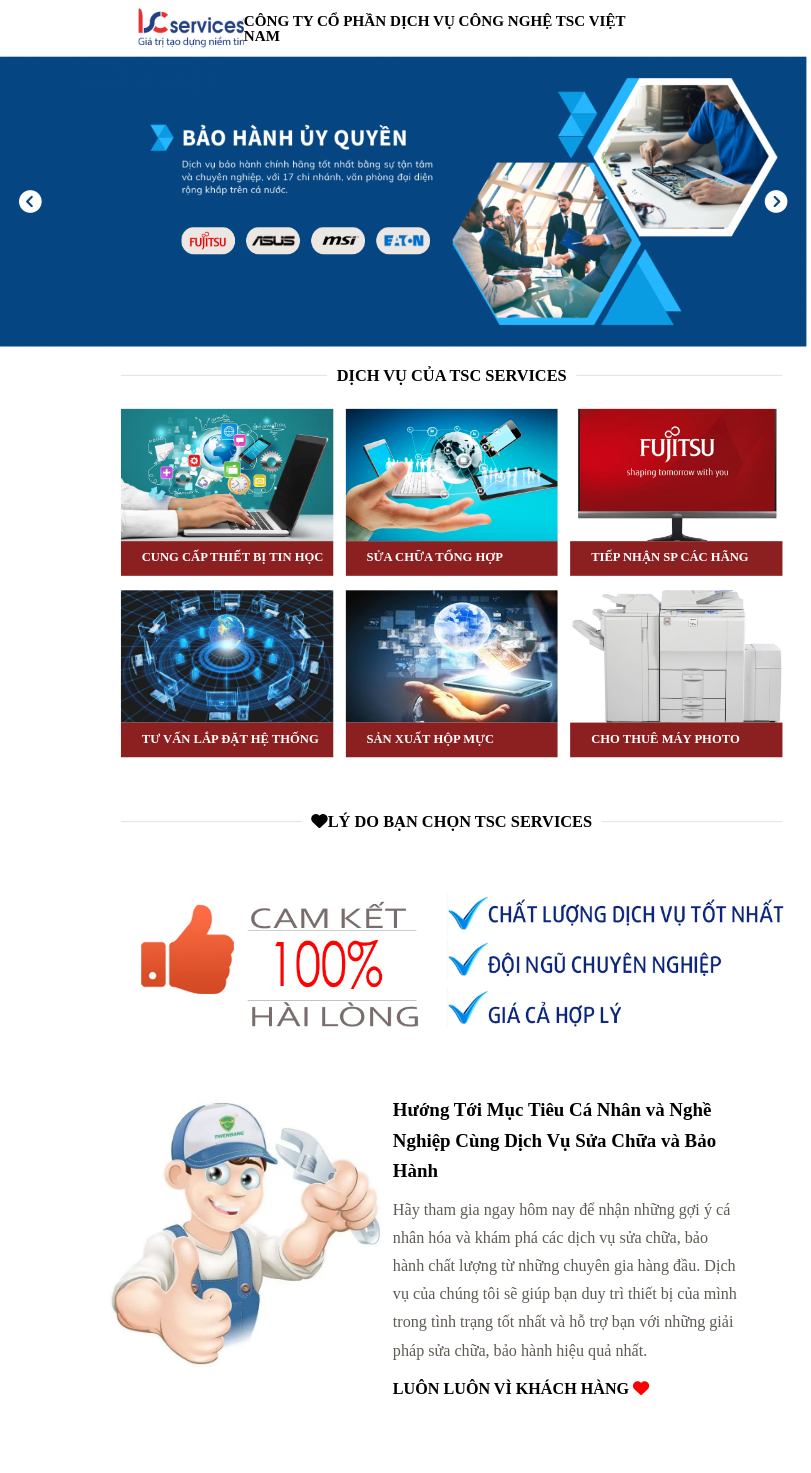
Repository: nguyentrongdai34/tsc-project
Page: index.html
An editor plug-in stored every save of this project. The page is shown before and after the next save, followed by the edit.
The browser window is 1280 px wide. The page is 1288 px wide, so the pictures cover 1288 px, including what lies to the right of the window. The pictures show the whole page, at 63% of full size.
The pointer rests on the first visible `.grid-item img`.

Above is the page before, as saved 2024-12-03 20:04:40.

### index.html
<!DOCTYPE html>
<html lang="en">
  <head>
    <meta charset="UTF-8" />
    <meta name="viewport" content="width=device-width, initial-scale=1.0" />
    <link rel="preconnect" href="https://fonts.googleapis.com" />
    <link rel="preconnect" href="https://fonts.gstatic.com" crossorigin />
    <link
      href="https://fonts.googleapis.com/css2?family=Poppins:wght@300;400;500;600;700&family=Roboto:ital,wght@0,100;0,300;0,400;0,500;0,700;0,900;1,100;1,300;1,400;1,500;1,700;1,900&display=swap"
      rel="stylesheet"
    />
    <link
      rel="stylesheet"
      href="https://cdnjs.cloudflare.com/ajax/libs/font-awesome/6.7.1/css/all.min.css"
      integrity="sha512-5Hs3dF2AEPkpNAR7UiOHba+lRSJNeM2ECkwxUIxC1Q/FLycGTbNapWXB4tP889k5T5Ju8fs4b1P5z/iB4nMfSQ=="
      crossorigin="anonymous"
      referrerpolicy="no-referrer"
    />
    <link rel="stylesheet" href="./reset.css" />
    <link rel="stylesheet" href="./style.css" />
    <title>CÔNG TY CỔ PHẦN DỊCH VỤ CÔNG NGHỆ TSC VIỆT NAM</title>
  </head>
  <body>
    <!-- heaer-main -->
    <div class="header-main">
      <!-- header -->
      <div class="header">
        <!-- logo -->
        <div class="header-logo">
          <img src="./img/Logo-tsc.png" alt="công ty logo" />
        </div>
        <!-- header-slogan -->
        <span class="header-slogan">
          <strong>CÔNG TY CỔ PHẦN DỊCH VỤ CÔNG NGHỆ TSC VIỆT NAM</strong>
        </span>
      </div>
    </div>

    <!-- Hero -->
    <div class="hero">
      <div class="hero-img">
        <img src="./img/tsc1.png" alt="" class="slider-image" />

        <div class="hero-circle">
          <i
            class="circle-left fa-solid fa-circle-chevron-left"
            onclick="prev()"
          ></i>
          <i
            class="circle-right fa-solid fa-circle-chevron-right"
            onclick="next()"
          ></i>
        </div>
      </div>
    </div>

    <!-- Section -->
    <div class="section">
      <div class="section-container">
        <h2 class="section-title">
          <b></b>
          <span class="section-title-main">DỊCH VỤ CỦA TSC SERVICES</span>
          <b></b>
        </h2>
      </div>
      <div class="row">
        <div class="section-gird">
          <div class="grid-item">
            <img src="./img/box-item1.jpg" alt="Image 1" />
            <div class="section-box">
              <span class="box-item-inner">CUNG CẤP THIẾT BỊ TIN HỌC</span>
            </div>
          </div>

          <div class="grid-item">
            <img src="./img/box-item2.jpg" alt="Image 2" />
            <div class="section-box">
              <span class="box-item-inner">SỬA CHỮA TỔNG HỢP</span>
            </div>
          </div>
          <div class="grid-item">
            <img src="./img/box-item3.png" alt="Image 3" />
            <div class="section-box">
              <span class="box-item-inner">TIẾP NHẬN SP CÁC HÃNG </span>
            </div>
          </div>
          <div class="grid-item">
            <img src="./img/box-item4.jpg" alt="Image 4" />
            <div class="section-box">
              <span class="box-item-inner">TƯ VẤN LẮP ĐẶT HỆ THỐNG</span>
            </div>
          </div>
          <div class="grid-item">
            <img src="./img/box-item5.jpg" alt="Image 5" />
            <div class="section-box">
              <span class="box-item-inner">SẢN XUẤT HỘP MỰC</span>
            </div>
          </div>
          <div class="grid-item">
            <img src="./img/box-item6.jpg" alt="Image 6" />
            <div class="section-box">
              <span class="box-item-inner">CHO THUÊ MÁY PHOTO</span>
            </div>
          </div>
        </div>
      </div>
      <div class="section-container">
        <h2 class="section-title">
          <b></b>
          <span class="section-title-main">
            <i class="fa-solid fa-heart"> </i>lý do bạn chọn TSC SERVICES</span
          >
          <b></b>
        </h2>
      </div>

      <div class="banner">
        <img src="./img/tsc-thanks.jpg" alt="" />
      </div>
    </div>

    <!-- fetaures -->
    <div class="features features-2nd" style="height: 600px">
      <div class="main-content">
        <div class="body">
          <div class="images">
            <img
              src="./img/bao-hanh.webp"
              alt="Take the next step toward your personal and professional goals with Lesson."
            />
          </div>
          <div class="content">
            <h2 class="heading_content">
              Hướng Tới Mục Tiêu Cá Nhân và Nghề Nghiệp Cùng Dịch Vụ Sửa Chữa và
              Bảo Hành
            </h2>
            <p class="desc">
              Hãy tham gia ngay hôm nay để nhận những gợi ý cá nhân hóa và khám
              phá các dịch vụ sửa chữa, bảo hành chất lượng từ những chuyên gia
              hàng đầu. Dịch vụ của chúng tôi sẽ giúp bạn duy trì thiết bị của
              mình trong tình trạng tốt nhất và hỗ trợ bạn với những giải pháp
              sửa chữa, bảo hành hiệu quả nhất.
            </p>
            <p class="desc-tsc">
              LUÔN LUÔN VÌ KHÁCH HÀNG <i class="fa-solid fa-heart"></i>
            </p>
          </div>
        </div>
      </div>
    </div>

    <script src="./SliderImage.js"></script>
  </body>
</html>

### style.css
.header-main {
  display: flex;
  height: 90px;
}

.header {
  display: flex;
  /* background-color: #ccc; */
  justify-content: space-between;
  flex-direction: column;
  align-items: center;
  width: 100%;
  flex-flow: row nowrap;
  padding-right: 15px;
}

.header-logo img {
  object-fit: cover;
  margin-left: 220px;
  width: 167px;
  height: 62px;
}

.header-slogan {
  margin-right: 220px;
  font-size: 24px;
}

.header-slogan strong {
  text-direction: none;
  font-weight: bolder;
  text-transform: uppercase;
}

/* hero */

.hero {
  cursor: pointer;
  padding: 0 0 30px 0;
}

.hero-img img {
  width: 100%;
  height: 460px;
  position: relative;
  object-fit: cover;
}

.hero-circle {
  top: 42%;
  position: absolute;
}

.hero-circle i {
  color: #fff;
  font-size: 36px;
}

.hero-circle i:hover {
  transition: color 0.3s ease, background-color 0.3s ease;
  color: #dd3333;
}

.hero-circle {
  width: 100%;
  display: flex;
  justify-content: space-between;
  z-index: 999;
}

.circle-left {
  margin-left: 30px;
}

.circle-right {
  margin-right: 30px;
  width: 36px;
  height: 36px;
}

/* section */
.section {
  width: 1050px;
  margin-left: 15%;
}

.section-title {
  position: relative;
  display: flex;
  flex-flow: row wrap;
  align-items: center;
  justify-content: space-between;
  width: 100%;
  padding-bottom: 40px;
}

.section-title b {
  display: block;
  -ms-flex: 1;
  flex: 1;
  height: 2px;
  opacity: 0.1;
  background-color: currentColor;
}

.section-title-main {
  margin: 0 15px;
  font-size: 26px;
  text-transform: uppercase;
  font-weight: 700;
}

.row {
}

.section-gird {
  display: grid;
  grid-template-columns: repeat(3, 1fr);
  gap: 20px;
  grid-template-rows: auto auto;
  padding-bottom: 85px;
}

.grid-item img {
  width: 338px;
  height: 210px;
  object-fit: cover;
  max-width: 100%;
}

.btn {
  margin-top: 10px; /* Khoảng cách giữa ảnh và button */
  padding: 10px 20px;
  background-color: #c42e2b;
  color: white;
  border: none;
  cursor: pointer;
  font-size: 16px;
  text-transform: uppercase;
  border-radius: 5px;
  transition: background-color 0.3s;
}

.btn:hover {
  background-color: #a02626;
}

.section-box {
  transform: translateY(-3px);
  background-color: rgb(140, 31, 31);
  padding: 15px 15px 20px;
}

.section-box:hover {
  transform: scale(1.1);
  background: #0056b3;
}

.box-item-inner {
  cursor: pointer;
  font-weight: 700;
  font-size: 20px;
  color: #ffffff;
  margin-left: 18px;
}

/* Features */

.features .body {
  display: flex;
  padding-left: 12%;
}

.features .images {
  display: flex;
  gap: 0 30px;
}

.features .images img {
  width: 270px;
  height: 404px;
  border-radius: 16px;
  object-fit: cover;
}

.features img.lower {
  margin-top: 34px;
}

.features .content {
  width: 41%;
  display: flex;
  flex-direction: column;
  align-items: flex-start;
  justify-content: center;
}

.features .desc {
  margin-top: 16px;
  font-size: 1.6rem;
  line-height: 1.75;
  color: #5f5b53;
}

.features .content .cta-btn {
  margin-top: 32px;
  min-width: 137px;
  color: #fff;
  background: var(--primary-color);
}

.features-2nd .content {
  width: 49%;
}

.features-2nd .images img {
  width: 470px;
  height: 440px;
}

.heading_content {
  font-size: 30px;
  font-weight: 700;
  line-height: 1.6;
}

.desc-tsc {
  margin-top: 16px;
  font-size: 1.6rem;
  line-height: 1.75;
  color: #000;
  font-weight: 600;
}

.desc-tsc i {
  color: red;
}

### SliderImage.js
let Slider_image = document.querySelector(".slider-image");
let images = ["tsc1.png", "tsc2.png", "tsc3.png", "tsc4.png", "tsc5.png"];
let i = 0; // Giá Trị bắt đầu index

function prev() {
  if (i <= 0) i = images.length;
  i--;
  return setImg();
}

function next() {
  if (i >= images.length - 1) i = -1;
  i++;
  return setImg();
}

function setImg() {
  return Slider_image.setAttribute("src", "./img/" + images[i]);
}

Loaded but not shown: reset.css (common file)

After the next save:
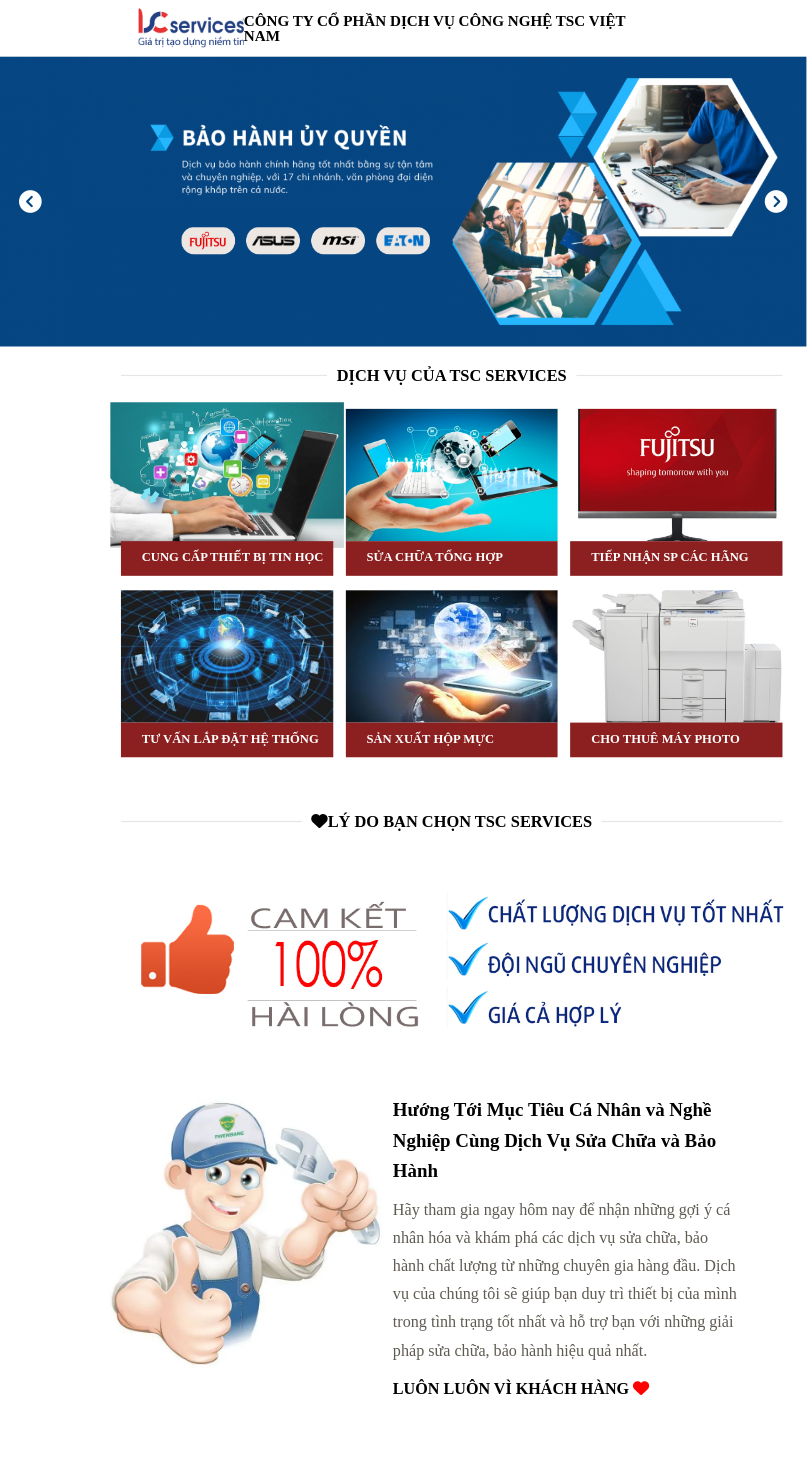
Saved 59 s later.
--- a/style.css
+++ b/style.css
@@ -126,6 +126,10 @@
   height: 210px;
   object-fit: cover;
   max-width: 100%;
+}
+
+.grid-item img:hover {
+  transform: scale(1.1);
 }
 
 .btn {

After the save that followed:
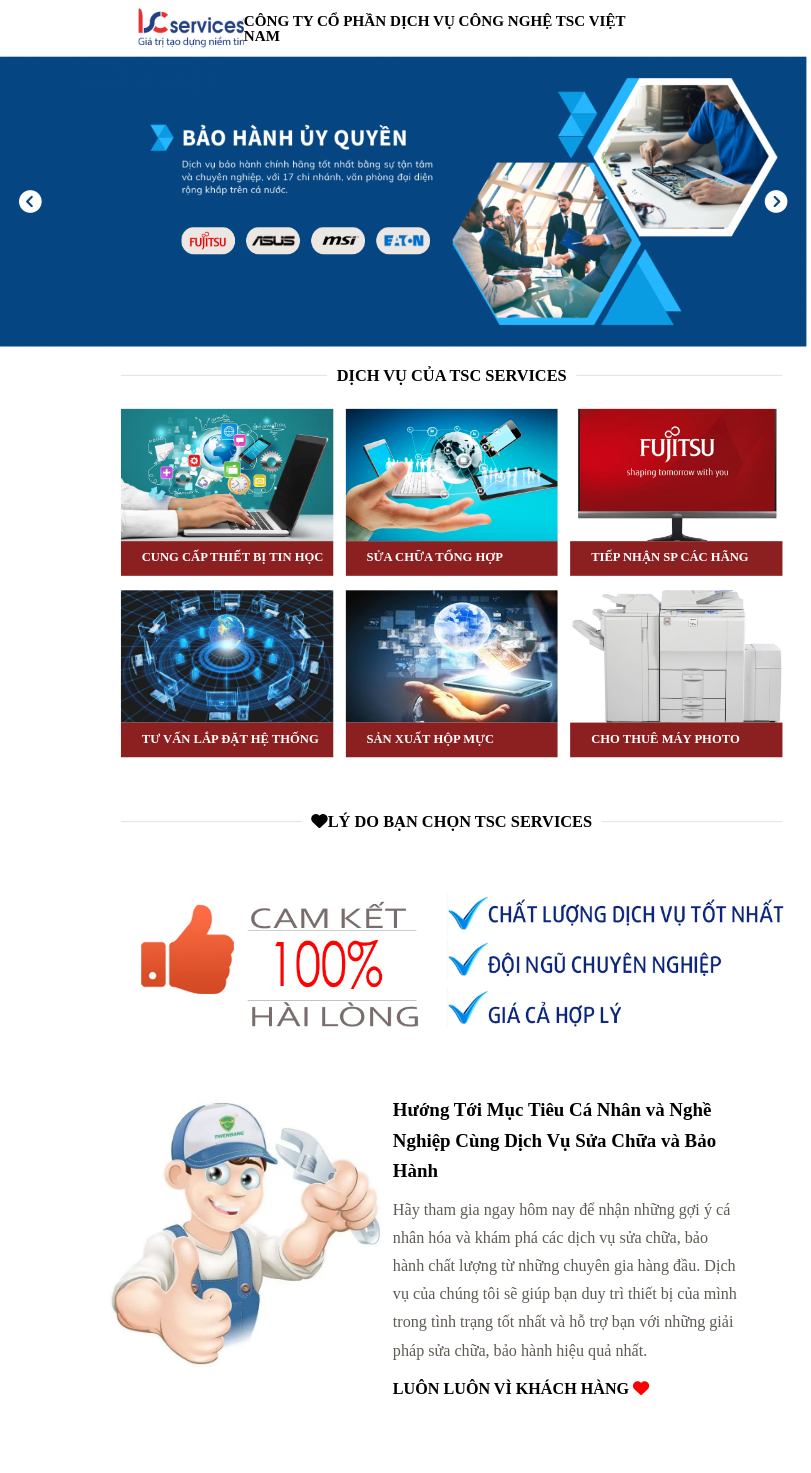
Saved 53 s later.
--- a/style.css
+++ b/style.css
@@ -126,10 +126,6 @@
   height: 210px;
   object-fit: cover;
   max-width: 100%;
-}
-
-.grid-item img:hover {
-  transform: scale(1.1);
 }
 
 .btn {
@@ -156,8 +152,6 @@
 }
 
 .section-box:hover {
-  transform: scale(1.1);
-  background: #0056b3;
 }
 
 .box-item-inner {
